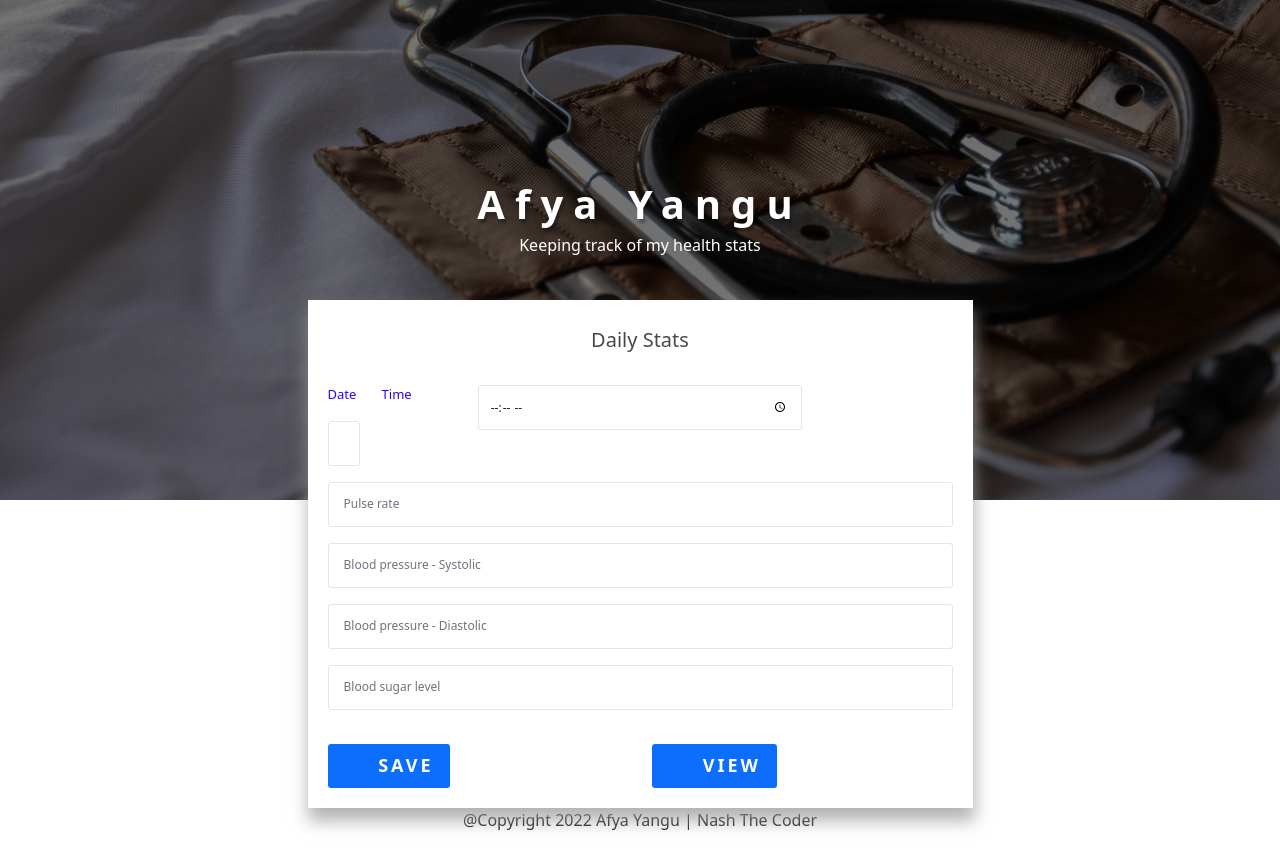
Repository: nashthecoder/afya_yangu
Page: /
An editor plug-in stored every save of this project. The page is shown before and after the next save, followed by the edit.
The browser window is 1280 px wide. The pictures show the whole page.
The project was rebuilt for these pictures with package versions that can differ from the ones it lists, and the page was loaded fresh each time.

Above is the page before, as saved 2022-02-27 19:59:59.

### src/App.js
import React from 'react'
import Banner from './components/Banner'
import Form from './components/Form'
import Footer from './components/Footer'
function App() {
  return (
    <div className="App">
      <Banner />
      <Form />
      <Footer />
    </div>
  );
}

export default App;

### src/style.scss
@import '../node_modules/bootstrap/scss/bootstrap.scss';
/*********************************************/
/*             GENERAL CSS              */
/*********************************************/

body {
    width: 100%;
    position: relative;
}

p.main-form-text {
    font-size: 20px !important;
    font-weight: 500;
    color: #494949;
}

h3 {
    font-size: 40px;
    letter-spacing: 10px;
    font-weight: bold;
}

h4 {
    font-size: 16px;
}

img {
    width: 100%;
    height: 100%;
}

form {
    position: relative;
}

/*********************************************/
/*              UTILITY CSS             */
/*********************************************/

input,
input.form-control {
    color: #222;
    font-size: 12px;
    background: $white;
    padding: 0 15px;
    width: 100%;
    height: 45px;
    line-height: 46px;
    outline: none;
    border: 1px solid #e5e5e5;
    border-radius: 3px;
    box-shadow: none;
    transition: all 0.3s;
}

// input.form-control-short {
//     color: #222;
//     font-size: 10px;
//     background: $white;
//     padding: 0 15px;
//     width: 36%;
//     height: 30px;
//     line-height: 35px;
//     outline: none;
//     border: 1px solid #e5e5e5;
//     border-radius: 3px;
//     box-shadow: none;
//     transition: all 0.3s;
// }

.btn-primary {
    font-weight: 600;
    font-size: 18px;
    cursor: pointer;
    display: inline-block;
    text-transform: uppercase;
    border: none;
    color: $white;
    border-radius: 3px;
    transition: all 0.3s;
    letter-spacing: 3px;
}

.btn-primary:hover,
.btn-primary:focus {
    background-color: #2b2b2b;
}

.banner {
    background-image: url("./images/bg.jpg");
    min-height: 500px;
    padding: 40px 0px;
    position: relative;
    background-position: center center;
    background-size: cover;
    background-repeat: no-repeat;
}

.banner::before {
    content: "";
    width: 100%;
    height: 100%;
    opacity: 0.5;
    background-color: #000;
    position: absolute;
    top: 0;
}

.brand {
    text-shadow: 2px 4px 3px rgba(0, 0, 0, 0.3);
}

.caption-text {
    margin-top: 130px;
    color: $white;
    position: relative;
}

/*********************************************/
/*              BANNER CSS              */
/*********************************************/

.banner {
    background-image: url("./images/bg.jpg");
    min-height: 500px;
    padding: 40px 0px;
    position: relative;
    background-position: center center;
    background-size: cover;
    background-repeat: no-repeat;
}

.banner::before {
    content: "";
    width: 100%;
    height: 100%;
    opacity: 0.5;
    background-color: #000;
    position: absolute;
    top: 0;
}

.brand {
    text-shadow: 2px 4px 3px rgba(0, 0, 0, 0.3);
}

.caption-text {
    margin-top: 130px;
    color: $white;
    position: relative;
}

/*********************************************/
/*              FORM CSS                "/
/*********************************************/

.form-box #box-title {
    position: relative;
    padding: 10px;
    text-align: center;
}

.form-box #box-title p {
    margin-bottom: 0;
    font-size: 14px;
}

.fill-form {
    position: relative;
    margin: -210px auto 0px auto;
    box-shadow: 1px 12px 16px 1px rgba(153, 153, 153, 0.75);
    -webkit-box-shadow: 1px 12px 16px 1px rgba(153, 153, 153, 0.75);
    -moz-box-shadow: 1px 12px 16px 1px rgba(153, 153, 153, 0.75);
}

.fill-form .form-box__img {
    background-color: transparent;
}

.fill-form .form-box__content {
    padding: 20px;
    background-color: $white;
}

.row {
    padding-top: 10px;
    color: rgb(47, 0, 255);
    font-size: small;
}

/*********************************************/
/*               FOOTER CSS                  "/
/*********************************************/

footer p {
    margin: 55px 0px 60px 0px;
    font-size: 17px;
    font-weight: 600;
    color: transparent;
    -webkit-background-clip: text;
    -moz-background-clip: text;
    background-clip: text;
}

/*********************************************/
/*              MEDIA QUERIES CSS           "/
/*********************************************/

@media only screen and (min-width: 994px) and (max-width: 1398px) and (-webkit-min-device-pixel-ratio: 1) {
    .form-box #box-title {
        padding: 5px 20px 20px 20px;
    }
}

@media only screen and (min-width: 767px) and (max-width: 1196px) and (-webkit-min-device-pixel-ratio: 1) {
    .form-box #box-title {
        padding: 0px;
    }
    .fill-form .form-box__content {
        padding: 50px 50px 60px 50px;
    }
}

@media only screen and (min-width: 500px) and (max-width: 766px) and (-webkit-min-device-pixel-ratio: 1) {
    .form-box #box-title {
        padding: 0px;
    }
    .fill-form .form-box__content {
        padding: 50px 50px 60px 50px;
    }
    h3.brand {
        font-size: 30px;
    }
    .caption-text h4 {
        font-size: 14px;
    }
    .caption-text {
        margin-top: 110px;
    }
    footer {
        margin-bottom: 30px;
    }
    .form-box__img {
        display: none;
    }
}

@media only screen and (min-width: 360px) and (max-width: 499px) and (-webkit-min-device-pixel-ratio: 1) {
    .caption-text {
        margin-top: 30px;
    }
    h3.brand {
        font-size: 19px;
    }
    .banner {
        min-height: 400px;
    }
    .form-box__img {
        display: none;
    }
    footer {
        margin-bottom: 10px;
    }
}

@media only screen and (max-width: 359px) {
    .caption-text {
        margin-top: 30px;
    }
    h3.brand {
        font-size: 17px;
    }
    .caption-text h4 {
        font-size: 12px;
    }
    .banner {
        min-height: 400px;
    }
    .form-box__img {
        display: none;
    }
    .form-box #box-title {
        padding: 0px 30px 30px;
    }
}

### src/components/Banner.js
import React from 'react'

const Banner = () => {
    return (
        <>
        <header>
            <div className="banner">
                <div className="container">
                    <div className="row">
                        <div className="col-lg-9 offset-lg-3 mx-auto">
                            <div className="caption-text text-center">
                                <h3 className="brand">Afya Yangu</h3>
                                <h4> Keeping track of my health stats</h4>
                            </div>
                        </div>
                    </div>
                </div>
            </div>
        </header>
        </>
    )
}

export default Banner

### src/components/Form.js
import React from 'react'

const Form = () => {
    return (
        <>
        <section>
            <div className="container">
                <div className="row">
                <div className="col-lg-7 offset-lg-2 g-0 mx-auto">
                    <div className="fill-form form-box">
                            <div className="form-box__content">
                            <div id="box-title">
                                <p className="main-form-text">Daily Stats</p>
                            </div>
                            <div className="container">
                                <div class="row row-cols-2">
                                        <div class="col-1">
                                            <p>Date</p>
                                            <input
                                                id="date"
                                                name="date"
                                                placeholder="Date"
                                                type="date"
                                            />
                                        </div>
                                        <div class="col-2">
                                            <p>Time</p>
                                        </div>
                                        <input
                                            id="time"
                                            name="time"
                                            placeholder="Time"
                                            type="time"
                                        />
                                </div>
                            </div>
                            <form>
                                <div className="mt-3">
                                <input
                                    className="form-control"
                                    id="pulse-rate"
                                    name="pulse-rate"
                                placeholder="Pulse rate"
                                    type="number"
                                />
                                </div>
                                <div className="mt-3">
                                    <input
                                        class="form-control"
                                    id="systolic-number"
                                        name="systolic-number"
                                        placeholder="Blood pressure - Systolic"
                                        type="number"
                                    />
                                </div>
                                <div className="mt-3">
                                    <input
                                        className="form-control"
                                        id="diastolic-number"
                                        name="diastolic-number"
                                    placeholder="Blood pressure - Diastolic"
                                        type="number"
                                    />
                                </div>
                                <div className="mt-3">
                                    <input
                                        class="form-control"
                                    id="bloodSugar-level"
                                        name="bloodSugar-level"
                                        placeholder="Blood sugar level"
                                        type="number"
                                    />
                                </div>
                                <div className="d-grid mt-4">
                                <div class="container">
                                    <div class="row row-cols-2">
                                        <div class="col">
                                            <button class="btn btn-primary btn-lg" type="submit" value="Send Now">
                                                <svg
                                                xmlns="http://www.w3.org/2000/svg"
                                                width="27"
                                                height="27"
                                                fill="currentColor"
                                                class="bi bi-mailbox2"
                                                viewBox="0 0 16 16"
                                                >
                                                </svg>{" "}
                                                Save
                                            </button>
                                        </div>
                                        <div class="col">
                                            <button class="btn btn-primary btn-lg" type="submit" value="Send Now">
                                                <svg
                                                xmlns="http://www.w3.org/2000/svg"
                                                width="27"
                                                height="27"
                                                fill="currentColor"
                                                class="bi bi-mailbox2"
                                                viewBox="0 0 16 16"
                                                >
                                                </svg>{" "}
                                                View
                                            </button>
                                        </div>
                                    </div>
                                </div>
                                </div>
                            </form>
                            </div>
                        </div>
                    </div>
                </div>
                </div>
        </section>
        </>
    )
}

export default Form

### src/components/Footer.js
import React from 'react'

const Footer = () => {
    return (
        <>
        <div>
            <p className="footer text-center">@Copyright 2022 Afya Yangu | Nash The Coder</p>
        </div>
        </>
    )
}

export default Footer

Loaded but not shown: public/index.html (common file); src/index.js (common file); src/reportWebVitals.js (common file)

After the next save:
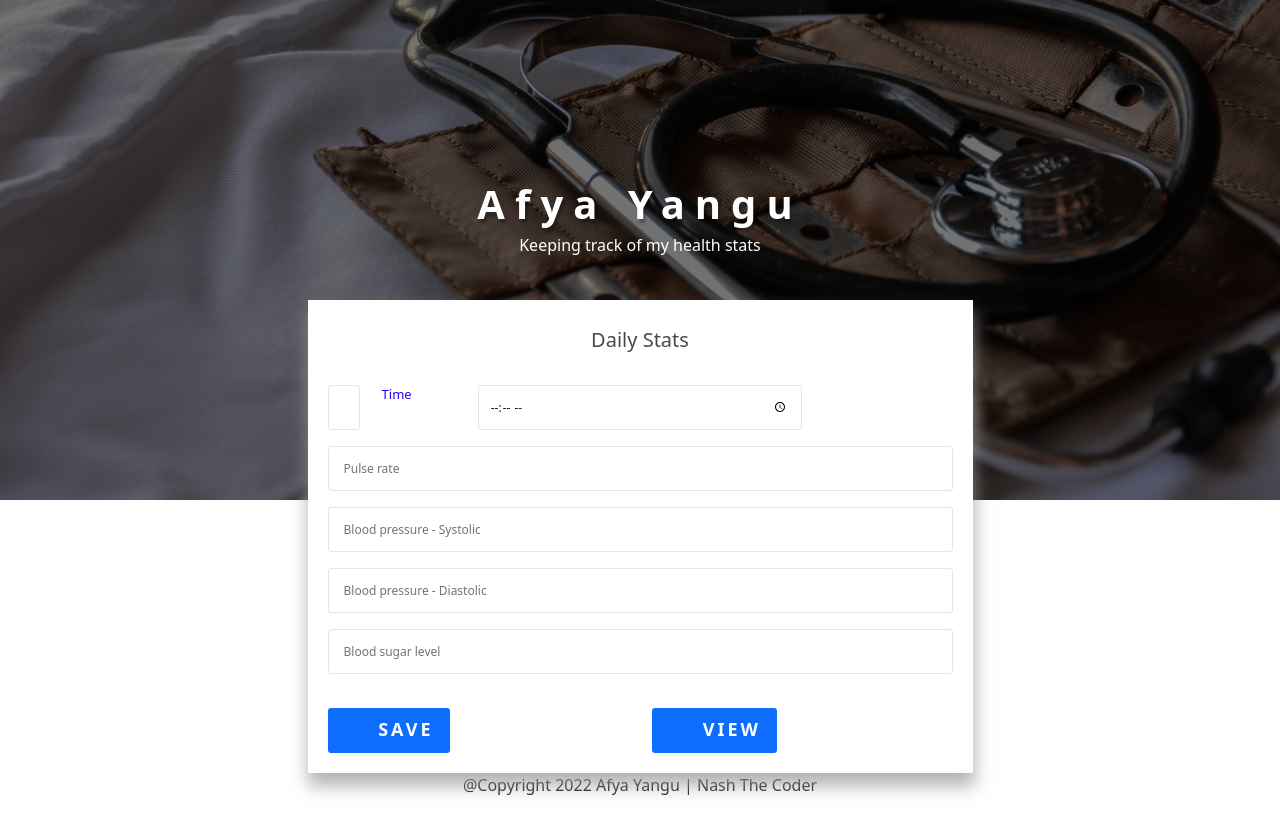
Saved 21 s later.
--- a/src/components/Form.js
+++ b/src/components/Form.js
@@ -15,7 +15,6 @@ const Form = () => {
                             <div className="container">
                                 <div class="row row-cols-2">
                                         <div class="col-1">
-                                            <p>Date</p>
                                             <input
                                                 id="date"
                                                 name="date"
